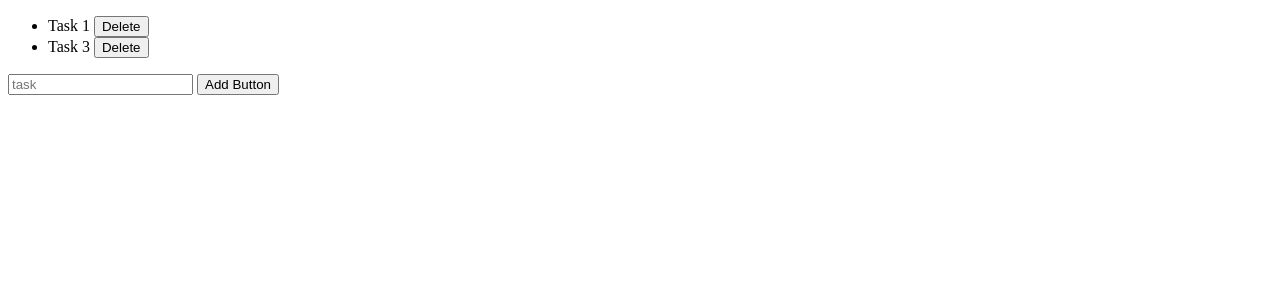
Repository: narendraiitm/jan-2023-term-live-session
Page: todo-vue/index.html
An editor plug-in stored every save of this project. The page is shown before and after the next save, followed by the edit.
The browser window is 1280 px wide. The pictures show the whole page.

Above is the page before, as saved 2023-02-16 16:34:43.

### todo-vue/index.html
<!DOCTYPE html>
<html lang="en">
  <head>
    <meta charset="UTF-8" />
    <meta http-equiv="X-UA-Compatible" content="IE=edge" />
    <meta name="viewport" content="width=device-width, initial-scale=1.0" />
    <title>Document</title>
  </head>
  <body>
    <div id="app"></div>
    <script src="https://cdn.jsdelivr.net/npm/vue@2/dist/vue.js"></script>
    <script src="./app.js"></script>
  </body>
</html>

### todo-vue/app.js
new Vue({
  // options object
  el: '#app',
  template: `<div>
  <ul>
    <li v-for='(task, index) in tasks'>
        <span>{{task.name}}</span>
        <button @click='deleteTask(index)'> Delete</button>
    </li>
  </ul>
  <input placeholder='task' v-model='currentTask' />
  <button @click='addTask()'> Add Button </button>
  </div>`,
  data: {
    currentTask: null,
    tasks: [{ name: 'Task 1' }, { name: 'Task 3' }],
  },
  methods: {
    addTask() {
      this.tasks.push({ name: this.currentTask })
    },
    deleteTask(index) {
      this.tasks.splice(index, 1)
    },
  },
  computed: {
    noOfTasks() {
      return this.tasks.length
    },
  },
})

After the next save:
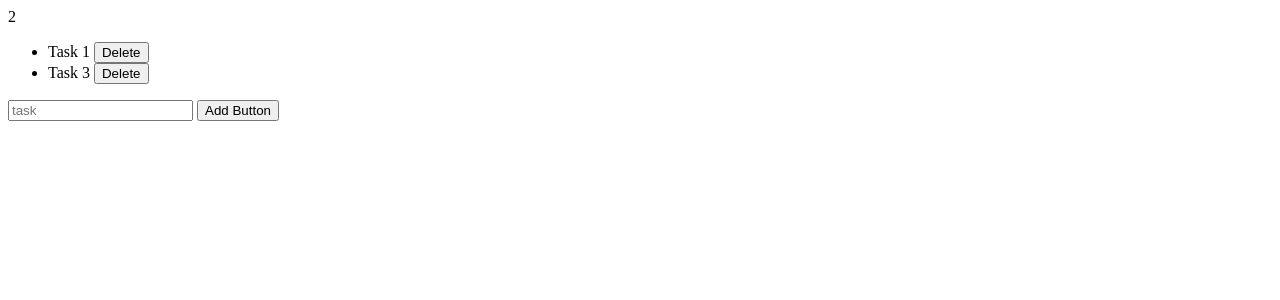
Saved 36 s later.
--- a/todo-vue/app.js
+++ b/todo-vue/app.js
@@ -2,6 +2,7 @@ new Vue({
   // options object
   el: '#app',
   template: `<div>
+  <div> {{noOfTasks}}</div>
   <ul>
     <li v-for='(task, index) in tasks'>
         <span>{{task.name}}</span>
